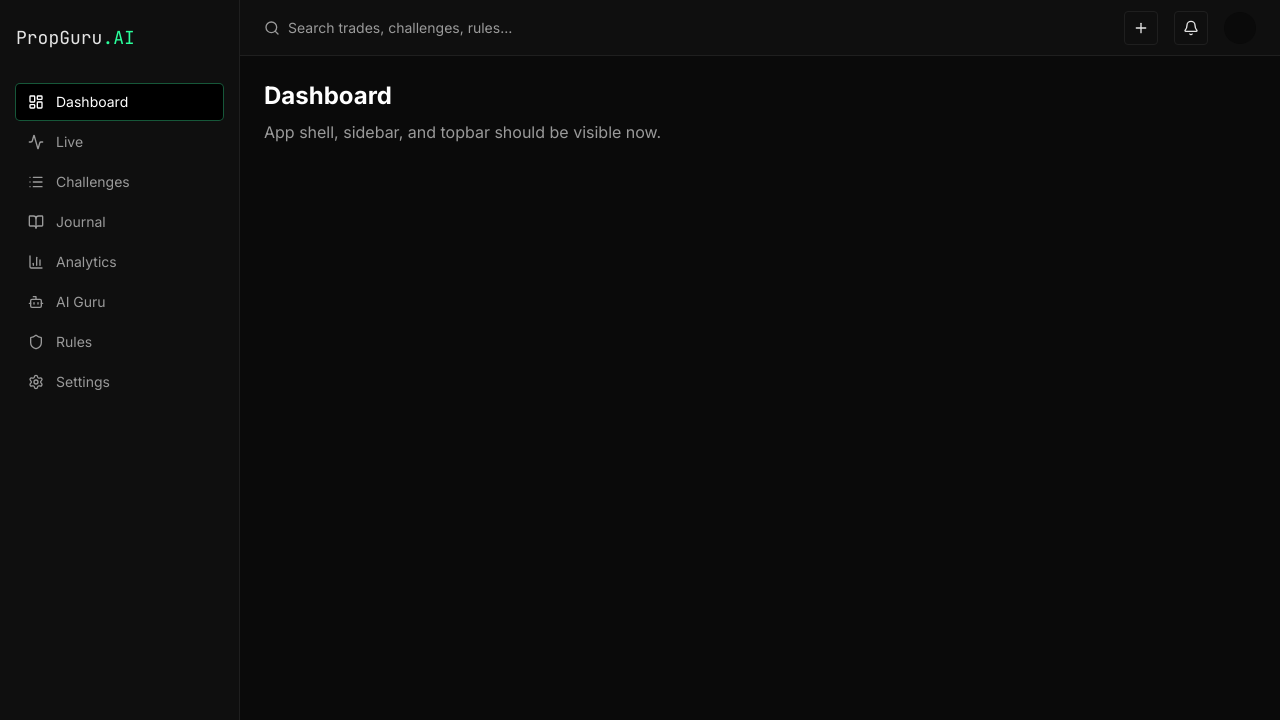
Repository: sanghaarman6-cmyk/propai-platform
Page: /app/dashboard
An editor plug-in stored every save of this project. The page is shown before and after the next save, followed by the edit.
The browser window is 1280 px wide. The pictures show the whole page.
The project was rebuilt for these pictures with package versions that can differ from the ones it lists, and the page was loaded fresh each time. The framework's server and built-in components were replaced by stand-ins that run in the browser. Also part of the build but not shown: next.config.ts.

Above is the page before, as saved 2025-12-17 00:27:01.

After the next save:
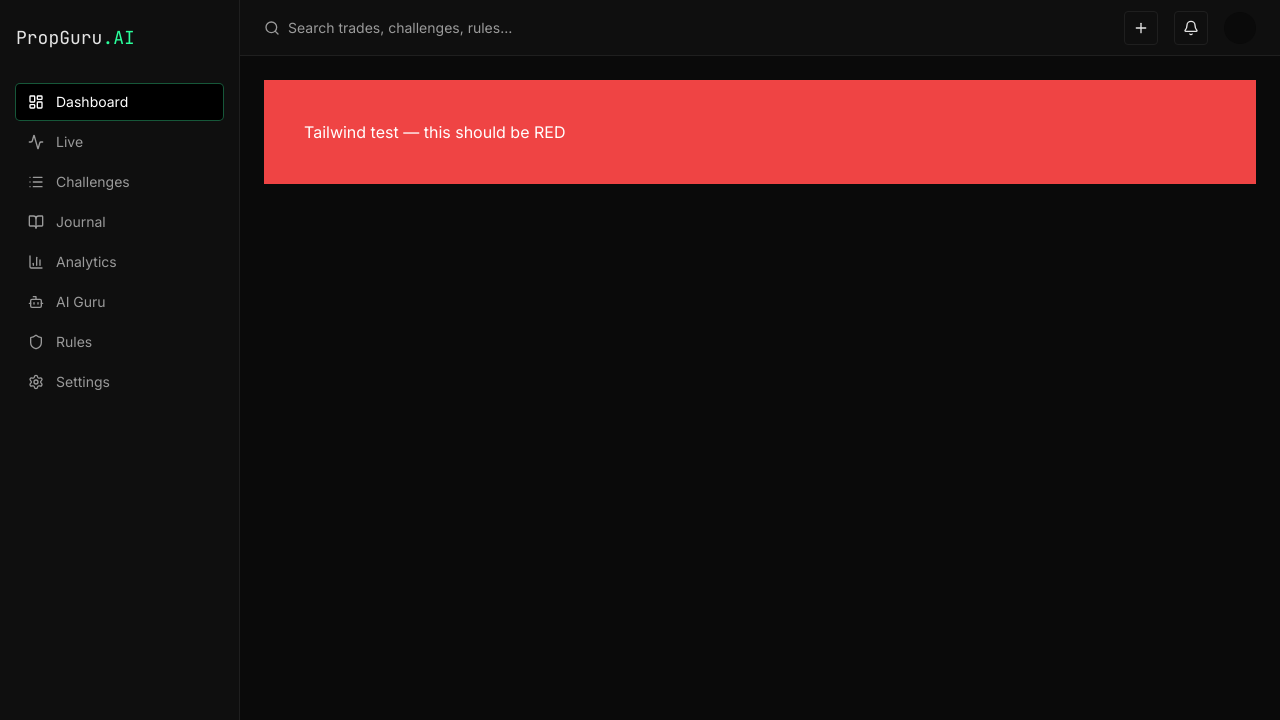
Saved 2 min 22 s later.
--- a/app/app/dashboard/page.tsx
+++ b/app/app/dashboard/page.tsx
@@ -1,10 +1,7 @@
 export default function DashboardPage() {
   return (
-    <div className="text-white">
-      <h1 className="text-2xl font-bold">Dashboard</h1>
-      <p className="mt-2 text-text-muted">
-        App shell, sidebar, and topbar should be visible now.
-      </p>
+    <div className="bg-red-500 text-white p-10">
+      Tailwind test — this should be RED
     </div>
   )
 }
